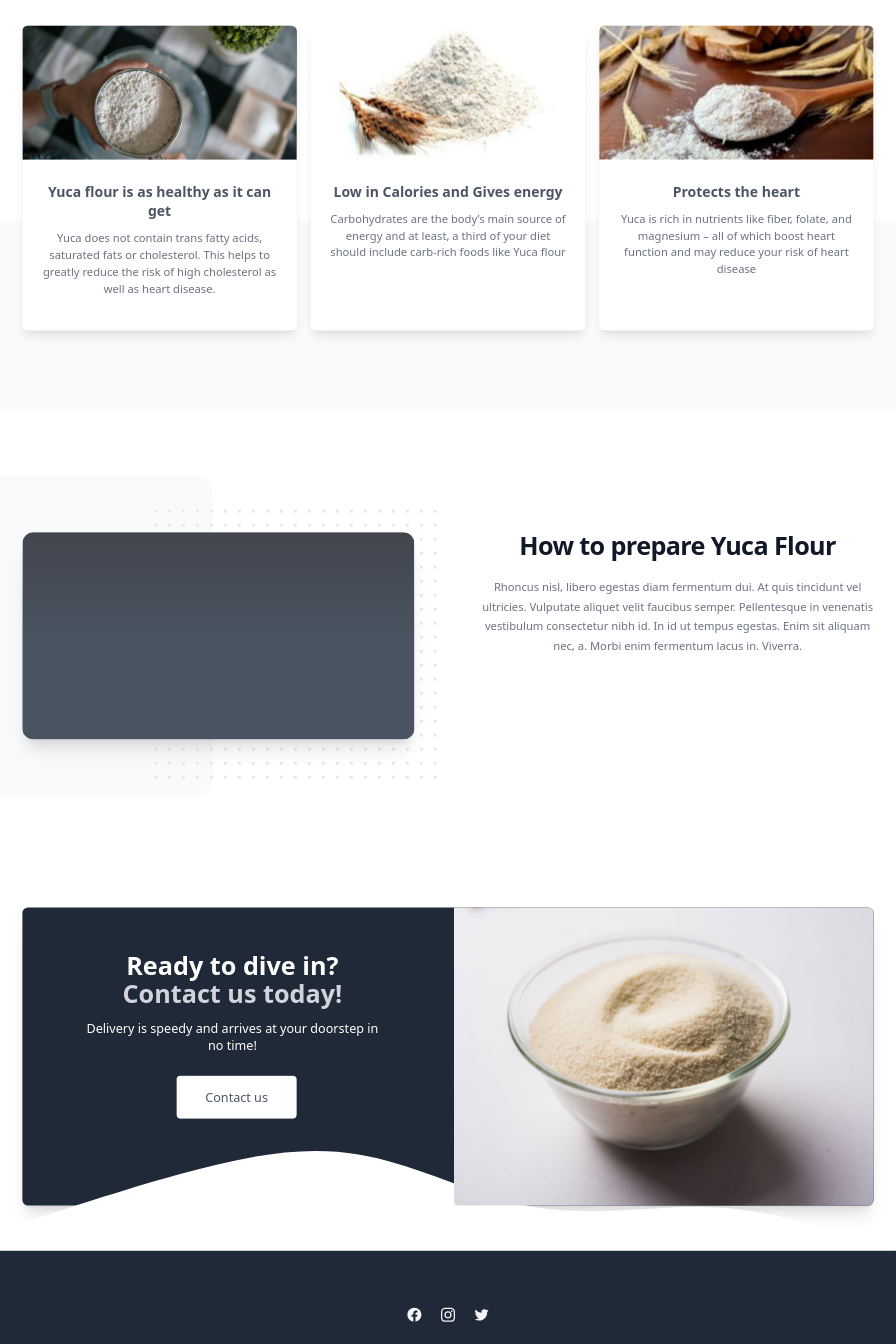
Repository: bellatrick/prime-foods
Page: /
An editor plug-in stored every save of this project. The page is shown before and after the next save, followed by the edit.
The browser window is 1280 px wide. The pictures show the part of the page from y = 965 to 2885 px (the page is 2960 px tall), at 70% of full size.
Pictures or frames that could not be fetched are drawn as grey boxes. Some web fonts or font styles are not loaded; a fallback is used. The project was rebuilt for these pictures with package versions that can differ from the ones it lists, and the page was loaded fresh each time.

Above is the page before, as saved 2022-05-01 12:37:13.

After the next save:
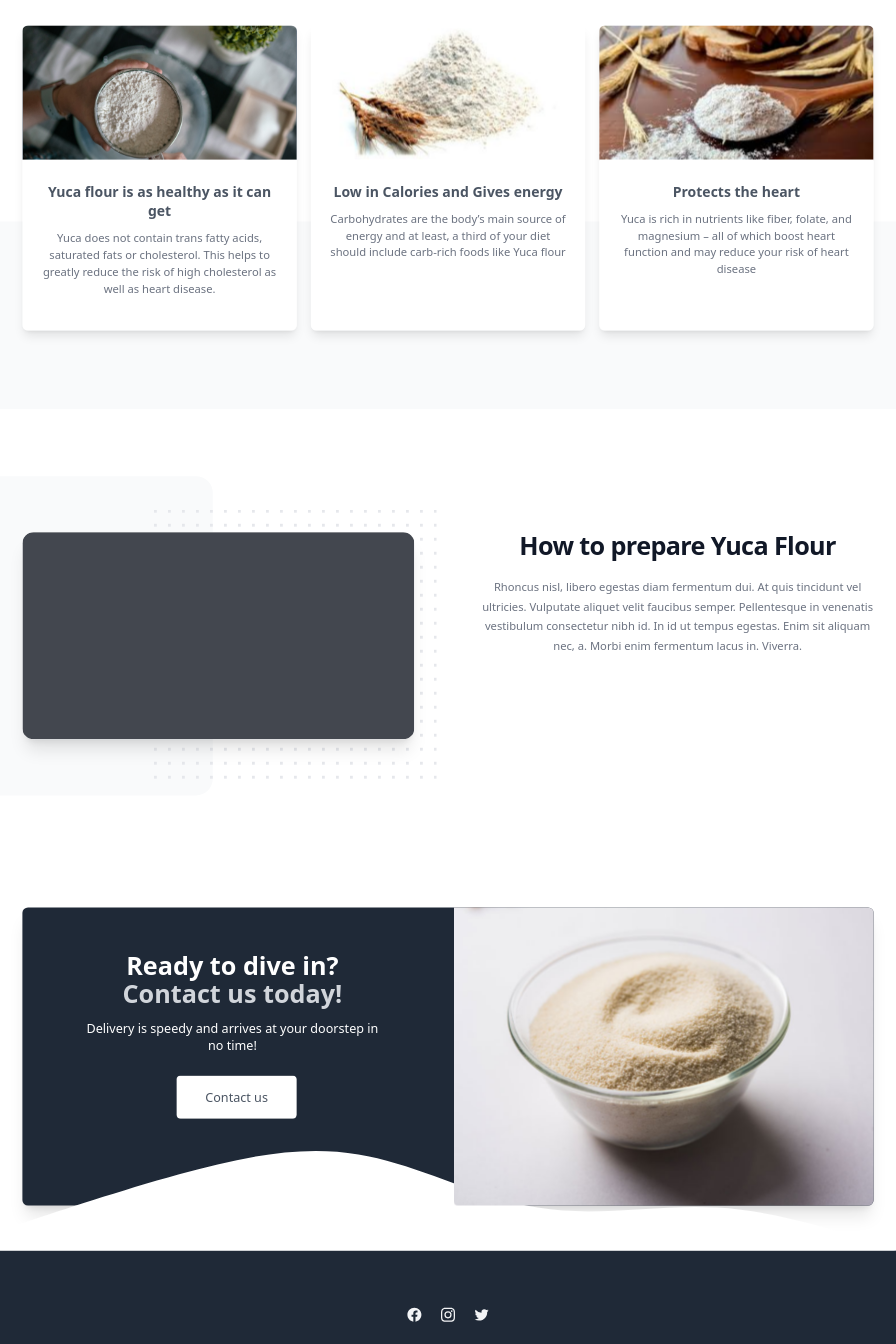
Saved 7 s later.
--- a/src/components/Content.jsx
+++ b/src/components/Content.jsx
@@ -37,7 +37,7 @@ import img1 from '../assets/img1.jpg'
                   alt=""
                 />
                 <div className="absolute inset-0 bg-gray-500 mix-blend-multiply" />
-                <div className="absolute inset-0 bg-gradient-to-t from-gray-600 via-gray-600 opacity-90" />
+
               </div>
             </div>
           </div>
